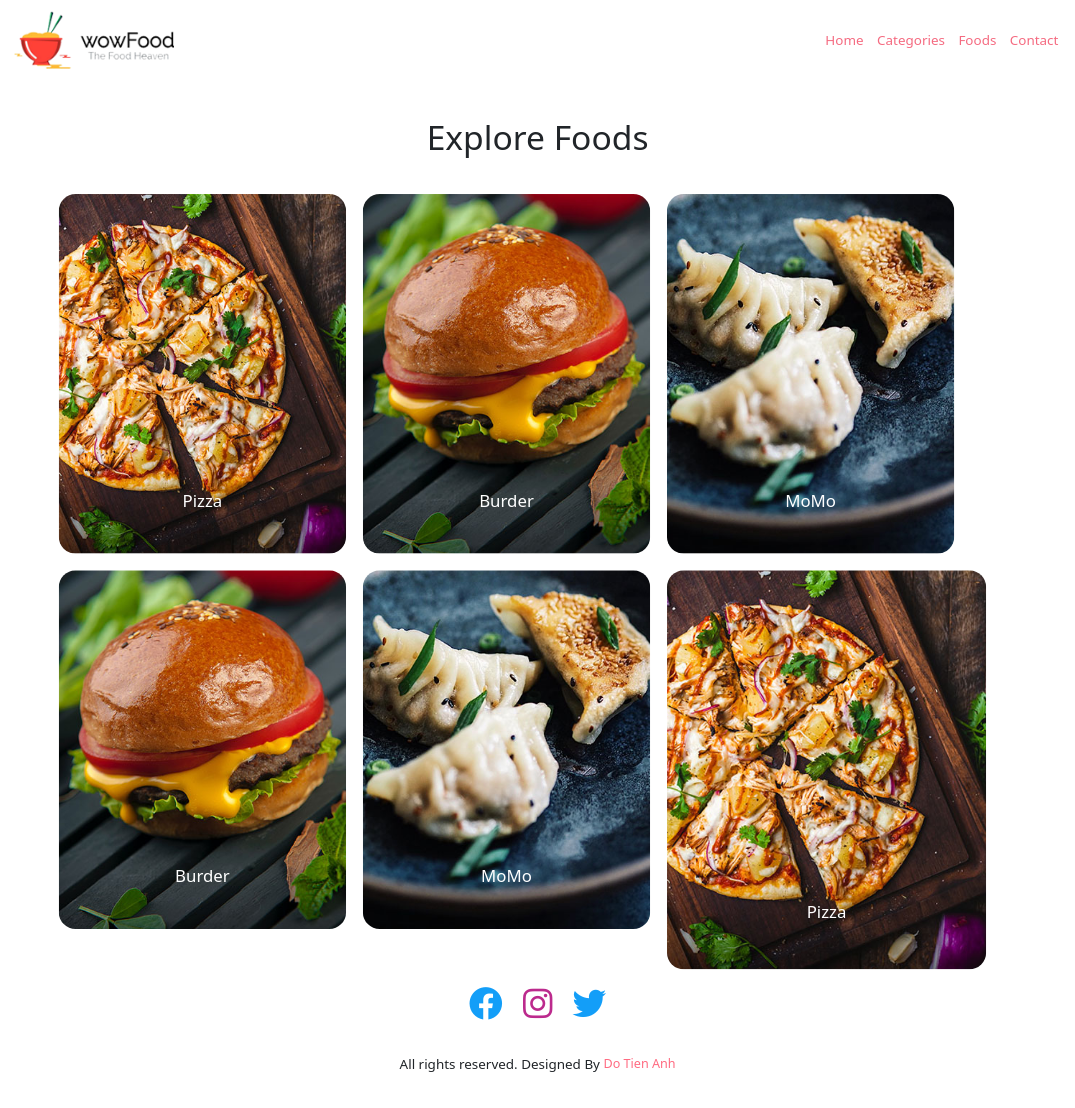
Repository: ruaruababa/RestaurantBS5
Page: http://localhost/html/categories.php
The author's editor kept a copy of each file at every save. The page is drawn from the files as they stood at one save, then again after a run of saves.
The browser window is 1280 px wide. The pictures show the whole page, at 84% of full size.
The page is run by PHP 8.4 with error messages shown; the project is at /var/www/html/.

Above is the page before, as saved 2021-09-26 21:53:19.

### html/categories.php
<!DOCTYPE html>
<html lang="en">

<head>
    <meta charset="UTF-8">
    <meta http-equiv="X-UA-Compatible" content="IE=edge">
    <meta name="viewport" content="width=device-width, initial-scale=1.0">

    <title>Categories</title>
    <link href="https://cdn.jsdelivr.net/npm/bootstrap@5.1.1/dist/css/bootstrap.min.css" rel="stylesheet"
        integrity="sha384-F3w7mX95PdgyTmZZMECAngseQB83DfGTowi0iMjiWaeVhAn4FJkqJByhZMI3AhiU" crossorigin="anonymous" />
    <link rel="stylesheet" href="https://cdn.jsdelivr.net/npm/bootstrap-icons@1.5.0/font/bootstrap-icons.css" />
    <link rel="stylesheet" href="https://cdnjs.cloudflare.com/ajax/libs/font-awesome/6.0.0-beta2/css/all.min.css"
        integrity="sha512-YWzhKL2whUzgiheMoBFwW8CKV4qpHQAEuvilg9FAn5VJUDwKZZxkJNuGM4XkWuk94WCrrwslk8yWNGmY1EduTA=="
        crossorigin="anonymous" referrerpolicy="no-referrer" />
    <link rel="stylesheet" href="/restaurantbs5/css/style.css" />
</head>

<body>
    <nav class="navbar navbar-expand-lg navbar-light bg-light nav-fixed">
        <div class="container-fluid">
            <a class="navbar-brand" href="#">
                <img src="/restaurantbs5/img/logo.png" alt="" />
            </a>
            <button class="navbar-toggler" type="button" data-bs-toggle="collapse"
                data-bs-target="#navbarSupportedContent" aria-controls="navbarSupportedContent" aria-expanded="false"
                aria-label="Toggle navigation">
                <span class="navbar-toggler-icon"></span>
            </button>
            <div class="collapse navbar-collapse" id="navbarSupportedContent">
                <ul class="navbar-nav">
                    <li class="nav-item">
                        <a class="nav-link active nav-link-fixed" aria-current="page" href="/html/index.php">Home</a>
                    </li>
                    <li class="nav-item">
                        <a class="nav-link active nav-link-fixed" aria-current="page" href="/html/categories.php">Categories</a>
                    </li>
                    <li class="nav-item">
                        <a class="nav-link active nav-link-fixed" aria-current="page" href="/html/foods.php">Foods</a>
                    </li>
                    <li class="nav-item">
                        <a class="nav-link active nav-link-fixed" aria-current="page" href="#">Contact</a>
                    </li>
                </ul>
            </div>
        </div>
    </nav>

    <div class="slider" style="position: relative; top: 80px">
        <!-- CATEGORIES -->
        <div class="slider__explorefoods">
            <h3 class="slider__heading">Explore Foods</h3>
            <div class="container">
                <div class="row hover-blur" style="gap: 20px;">
                    <!-- row1 -->
                    <div class=" col-lg-4 col-md-6 col-6 hover-blur-item col-collection">
                        <div class="slider__images-title">
                            <img src="/restaurantbs5/img/pizza.jpg" alt="" class="slider__img">
                            <h4 class="slider__img-text">Pizza</h4>
                        </div>
                    </div>
                    <div class=" col-lg-4 col-md-6 col-6 hover-blur-item col-collection">
                        <div class="slider__images-title">
                            <img src="/restaurantbs5/img/burger.jpg" alt="" class="slider__img">
                            <h4 class="slider__img-text">Burder</h4>
                        </div>
                    </div>
                    <div class=" col-lg-4 col-md-6 col-6 hover-blur-item col-collection">
                        <div class="slider__images-title">
                            <img src="/restaurantbs5/img/momo.jpg" alt="" class="slider__img">
                            <h4 class="slider__img-text">MoMo</h4>
                        </div>
                    </div>

                    <!-- row2 -->
                    <div class=" col-lg-4 col-md-6 col-6 hover-blur-item col-collection">
                        <div class="slider__images-title">
                            <img src="/restaurantbs5/img/burger.jpg" alt="" class="slider__img">
                            <h4 class="slider__img-text">Burder</h4>
                        </div>
                    </div>
                    <div class=" col-lg-4 col-md-6 col-6 hover-blur-item col-collection">
                        <div class="slider__images-title">
                            <img src="/restaurantbs5/img/momo.jpg" alt="" class="slider__img">
                            <h4 class="slider__img-text">MoMo</h4>
                        </div>
                    </div>
                    <div class="col-lg-4 col-md-6 col-6 hover-blur-item">
                        <div class="slider__images-title">
                            <img src="/restaurantbs5/img/pizza.jpg" alt="" class="slider__img">
                            <h4 class="slider__img-text">Pizza</h4>
                        </div>
                    </div>
                </div>
            </div>
        </div>

        <!-- ----------------------------------------------------------------------------- -->

    </div>
    <!-- FOOTER -->
    <div class="footer">
        <div class="footer__item">
            <a href="https://vi-vn.facebook.com/">
                <i class="footer__item-icon fab fa-facebook"></i>
            </a>
            <a href="">
                <i class="footer__item-icon2 fab fa-instagram"></i>
            </a>
            <a href="">
                <i class="footer__item-icon fab fa-twitter"></i>
            </a>

        </div>
        <div class="footer__text">
            <span>
                All rights reserved. Designed By&nbsp

            </span>

            <span class="footer__name-dev"> Do Tien Anh</span>

        </div>
    </div>
    <script src="https://cdn.jsdelivr.net/npm/bootstrap@5.1.1/dist/js/bootstrap.bundle.min.js"
        integrity="sha384-/bQdsTh/da6pkI1MST/rWKFNjaCP5gBSY4sEBT38Q/9RBh9AH40zEOg7Hlq2THRZ" crossorigin="anonymous">
    </script>
</body>

</html>

### css/style.css
body {
    overflow-x: hidden;
}

.nav-fixed {
    background-color: white !important;
    position: fixed;
    width: 100%;
    z-index: 1;
    top: 0;
}

.navbar-collapse {
    justify-content: end;
}

.nav-link-fixed {
    text-align: center;
    color: #f56b81 !important;
}

.border {
    border: none !important;
}

.border-radius {
    border-radius: 10px;
}

.card-body-fixed {
    margin-top: -70px;
    font-size: 24px;
    color: white;
}

/* Fixed Section */

.col-collection{
    width: 30%;
}
.slider__explorefoods {
    margin-bottom: 100px;
}

.slider__heading {
    text-align: center;
    font-size: 40px;
    padding-top: 60px;
    padding-bottom: 35px;
}

.slider__images-title {
    position: relative;
}

.slider__img {
    width: 100%;
    border-radius: 20px;
    cursor: pointer;
}

.slider__img-text {
    position: absolute;
    text-align: center;
    bottom: 10%;
    left: 0;
    right: 0;
    color: while;
    color: white;
    font-size: 20px;
}

/*-- end categogies-- */

/* food-menu */

.slider__foodmenu-bcl {
    background-color: rgb(228, 228, 228);
}

.slider__foodmenu-block {
    display: flex;
    background-color: white;
    border-radius: 10px;
    padding: 20px 0 20px 10px;
    margin: 10px 0;
}

.menu_img {
    padding: 10px;
    padding-left: 20px;
}

.foodmenu-img {
    width: 100%;
    border-radius: 10px;
}

.slider__foodmenu-right {
    margin: 0 10px;
    padding: 10px;
}

.slider__foodmenu-title {
    margin: 5px 0;
}

.slider__foodmenu-price {
    margin-bottom: 5px;
}

.slider__foodmenu-text {
    margin: 5px 0;
    line-height: 1.2rem;
}

.slider__foodmenu-btn {
    margin: 5px 0;
    width: 100px;
    height: 25px;
    background-color: #ff6b81;
    outline: none;
    border: none;
    color: white;
    border-radius: 3px;
    cursor: pointer;
}

.slider__foodmenu-btn:hover {
    background-color: #e294a0;
}

.slider__foodmenu-footer {
    padding: 40px 0;
    text-align: center;
    color: #ff6b81;
}

/* ---End Food-menu-- */

/* ----FOOTER------- */

.footer {
    margin-top: 20px;
}

.footer__item {
    text-align: center;
}

.footer__item a {
    text-decoration: none;
}

.footer__item-icon {
    font-size: 40px;
    margin: 0 20px;
    color: #139ef8;
}

.footer__item-icon2 {
    font-size: 40px;
    color: #bc2a8d;
}

.footer__text {
    display: flex;
    align-items: center;
    justify-content: center;
    margin: 40px 0;
}

.footer__text h3 {
    font-weight: 500;
    font-size: 15px;
}

.footer__name-dev {
    text-decoration: none;
    font-weight: 500;
    font-size: 15px;
    color: #ff6b81;
}

/* order */

.slider__order {
    background-color: #47b4d1;
    width: 100%;
    height: auto;
    padding: 100px 0 150px 0;
}

.slider__order-heading {
    font-size: 40px;
    padding-top: 50px;
    padding-bottom: 35px;
    text-align: center;
    color: #fff;
}

.order {
    max-width: 600px;
    margin: 0 auto;
}

.slider__order-selected {
    border: 1px solid #fff;
    border-radius: 5px;
}

.selected-heading {
    margin-left: 20px;
    font-size: 20px;
    transform: translateY(-14px);
}

.selected__left {
    padding-left: 30px;
    padding-top: 8px;
}

.selected-img {
    width: 100%;
    border-radius: 20px;
}

.selected__right {
    display: flex;
    flex-direction: column;
    padding: 0 30px 30px;
}

.selected__right-title {
    font-size: 25px;
}

.selected__right-price {
    font-size: 15px;
    padding-top: 5px;
}

.selected__right-quantity {
    font-size: 15px;
    padding: 5px 0;
}

.quantity-input {
    padding: 5px;
    outline: none;
    border: none;
    border-radius: 3px;
    width: 100%;
}

.slider__order-delivery {
    border: 1px solid #fff;
    margin-top: 50px;
    padding: 10px 30px 30px 30px;
    border-radius: 5px;
}

.delivery-heading {
    transform: translateY(-24px);
    font-size: 20px;
    display: inline-block;
    background-color: #47b4d1;
}

.deliverydetails {
    display: flex;
    flex-direction: column;
}

.delivery__title {
    padding-bottom: 5px;
}

.delivery-input {
    padding: 5px;
    margin-bottom: 15px;
    outline: none;
    border: none;
    border-radius: 3px;
}

.confirm-btn {
    outline: none;
    background-color: #ff6b81;
    border: none;
    color: #fff;
    padding: 8px 30px;
    border-radius: 3px;
    cursor: pointer;
}

.confirm-btn:hover {
    background-color: #ca7f8a;
}

/* Animation */

li {
    transition: all 0.2s ease 0s;
}

ul:hover li {
    filter: blur(3px);
    opacity: 0.5;
    transform: scale(0.98);
    box-shadow: none;
}

ul:hover li:hover {
    transform: scale(1.1);
    filter: blur(0px);
    opacity: 1;
    box-shadow: 0 8px 20px 0px rgba(0, 0, 0, 0.125);
}

.hover-blur-item {
    transition: all 0.2s ease 0s;
    padding: 0;
}

.hover-blur:hover .hover-blur-item {
    filter: blur(3px);
    opacity: 0.5;
    transform: scale(0.98);
    box-shadow: none;
}

.hover-blur:hover>.hover-blur-item:hover {
    transform: scale(1.1);
    filter: blur(0px);
    opacity: 1;
    box-shadow: 0 8px 20px 0px rgba(0, 0, 0, 0.125);
}

After the next 2 saves:
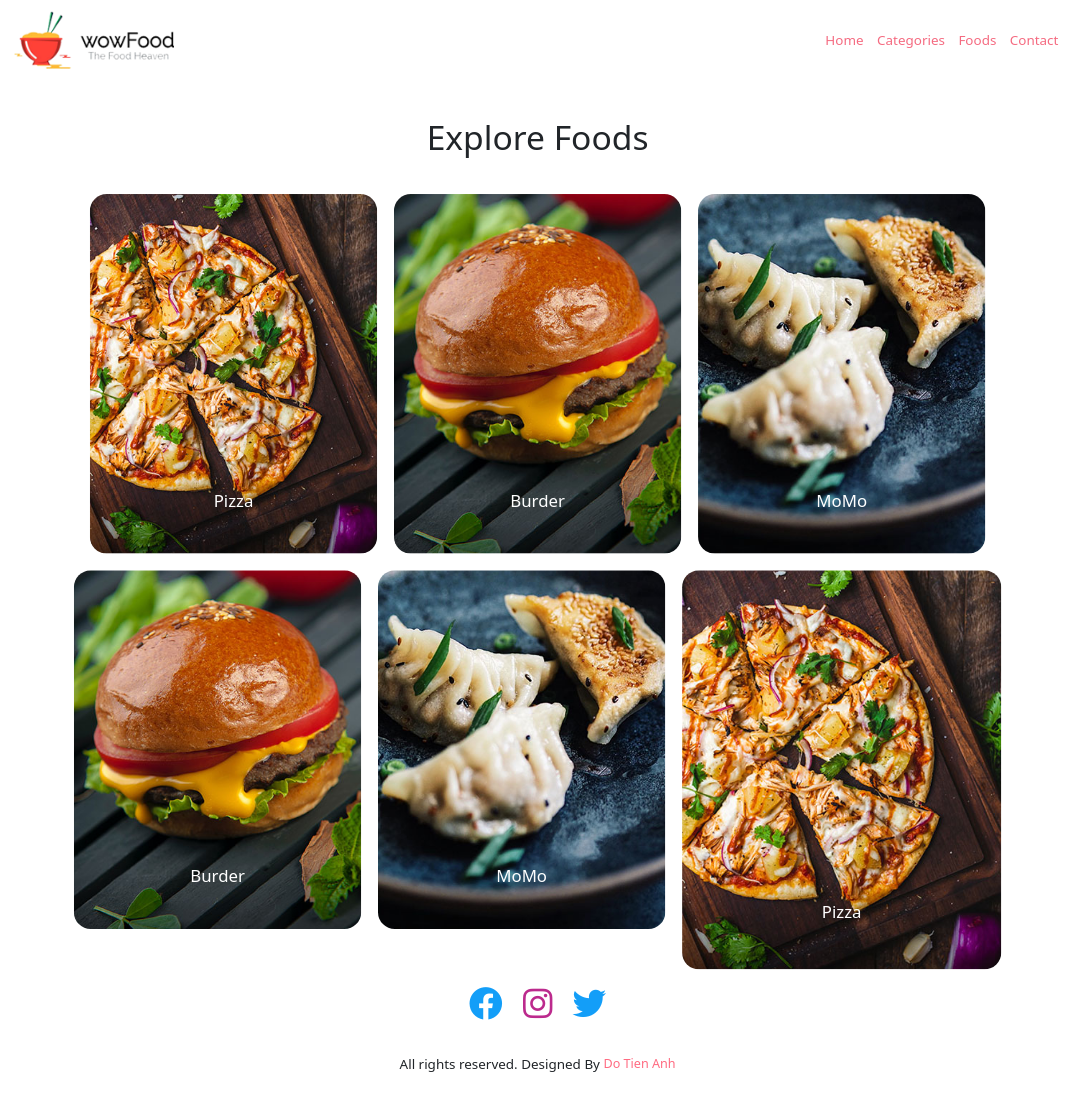
The 2 saves are shown as one change because they came seconds apart.
The last was saved 22 s later.
--- a/html/categories.php
+++ b/html/categories.php
@@ -51,7 +51,7 @@
         <div class="slider__explorefoods">
             <h3 class="slider__heading">Explore Foods</h3>
             <div class="container">
-                <div class="row hover-blur" style="gap: 20px;">
+                <div class="row hover-blur justify-content-center" style="gap: 20px;">
                     <!-- row1 -->
                     <div class=" col-lg-4 col-md-6 col-6 hover-blur-item col-collection">
                         <div class="slider__images-title">
